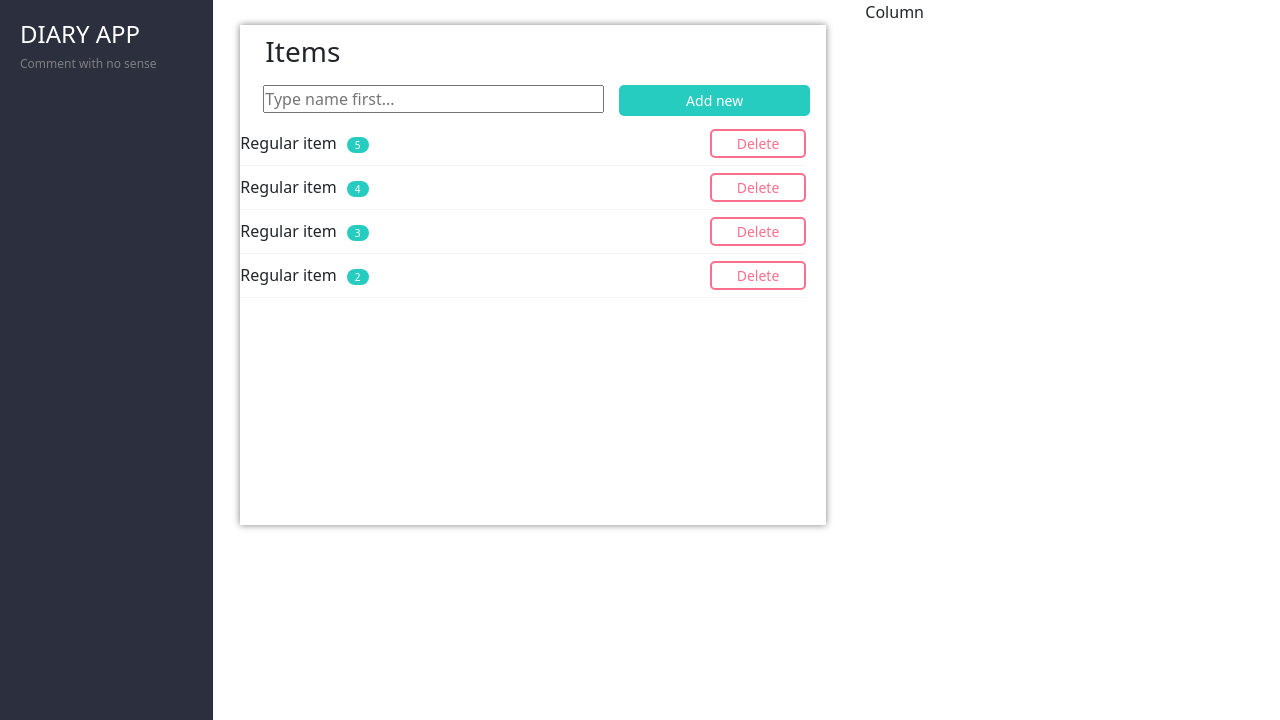
Repository: tsydikov/diary
Page: /
The author's editor kept a copy of each file at every save. The page is drawn from the files as they stood at one save, then again after the next save.
The browser window is 1280 px wide. The pictures show the whole page.
The project was rebuilt for these pictures with package versions that can differ from the ones it lists, and the page was loaded fresh each time.

Above is the page before, as saved 2021-09-10 21:52:53.

### public/index.html
<!DOCTYPE html>
<html lang="en">
  <head>
    <meta charset="utf-8" />
    <meta name="viewport" content="width=device-width, initial-scale=1" />
    <link href="https://cdn.jsdelivr.net/npm/bootstrap@5.1.1/dist/css/bootstrap.min.css" rel="stylesheet" integrity="sha384-F3w7mX95PdgyTmZZMECAngseQB83DfGTowi0iMjiWaeVhAn4FJkqJByhZMI3AhiU" crossorigin="anonymous">
    <title>Diary App</title>
  </head>
  <body>
    <noscript>You need to enable JavaScript to run this app.</noscript>
    <div id="root"></div>
  </body>
</html>

### src/App.js
import React, { useState } from "react";
import Navbar from "./UI/Navbar/Navbar";
import './styles/App.css'
import Items from "./components/Items";
import ItemForm from "./components/ItemForm";

function App() {
  const [items, setItems] = useState([
    { id: 1, title: 'Regular item', comments: [1, 2, 3, 4, 5] },
    { id: 2, title: 'Regular item', comments: [1, 2, 3, 4] },
    { id: 3, title: 'Regular item', comments: [1, 2, 3] },
    { id: 4, title: 'Regular item', comments: [1, 2] },
  ])
  const createItem = (newItem) => {
    setItems([...items, newItem])
  }


  return (
    <div className="container-fluid" >
      <div className="row " >
        <div className="col-2 px-0" >
          <Navbar />
        </div>
        <div className="col-6">
          <div className="items_cotainer">
            <ItemForm create={createItem} />
            <Items items={items} />
          </div>
        </div>
        <div className="col-4">
          Column
    </div>
      </div>
    </div>
  );
}

export default App;

### src/UI/Navbar/Navbar.jsx
import React from 'react';
import cl from './Navbar.module.css'
// style={{background:'red'}}
const Navbar = () => {
    return (
        <div className={cl.container} >
            <h1>diary app</h1>
            <h3>Comment with no sense</h3>
        </div>
    );
};

export default Navbar;

### src/styles/App.css
* {
    margin: 0;
    padding: 0;
    box-sizing: border-box;
}

#root {
    display: flex;
    flex-direction: column;
    align-items: center;
}

.item_cotainer {
    display: flex;
    justify-content: space-between;
    align-items: center;
    padding: 5px 0;
}

.item_cotainer span {
    font-size: 10px;
    color: white;
    background-color: #27ccc0;
    border-radius: 20px;
    margin: 0 10px;
    padding: 1px 8px;
}

hr {
    margin: 2px 0;
    background: lightgray;
    /* background: tomato; */
}

.items_cotainer {
    /* border: 5px ridge grey; */
    box-shadow: 0 0 7px grey;
    margin: 15px;
    margin-top: 25px;
    min-height: 500px;
    padding-right: 20px;
}

.h3 {
    padding-top: 10px;
    padding-left: 25px;
    font-weight: 200;
}

.input {
    width: 95%;
    margin-left: 15px;
}

### src/components/Items.jsx
import React from 'react';
import Item from './Item';

const Items = ({items}) => {

    return (
        <div>
            {items.map(item =>
                <div>
                    <Item item={item} key={item.id} />
                    <hr />
                </div>
            )}
        </div>
    );
};

export default Items;

### src/components/ItemForm.jsx
import React, { useState } from 'react';
import Button from '../UI/Buttons/Button';

const ItemForm = ({create}) => {
    const [title, setTitle] = useState('')

    const addNewItem = (e) => {
        e.preventDefault()
        const newItem = {
          id: Date.now(),
          title,
          comments: []
        }
        create(newItem)
        setTitle('')
      }

    return (
        <div className="container-fluid px-0" >
            <h3 className="h3">Items</h3>
            <div className="row p-2">
              <div className="col-8 ">
                <input
                  value={title}
                  onChange={e => setTitle(e.target.value)}
                  className="input"
                  type="text"
                  placeholder="Type name first..."
                />
              </div>
              <div className="col-4 p-0">
                <Button onClick={addNewItem} >Add new</Button>
              </div>
            </div>
          </div>
    );
};

export default ItemForm;

### src/UI/Navbar/Navbar.module.css
.container {
    background: #2b2f3e;
    height: 100vh;
    padding: 20px;
    /* width: initial; */
}

.container h1 {
    text-transform: uppercase;
    color:white;
    font-size: 24px;
    font-weight:200;
}

.container h3 {
    color:grey;
    font-size: 12px;
    font-weight:200;
}

### src/components/Item.jsx
import React from 'react';
import ButtonDelete from '../UI/Buttons/ButtonDelete';

const Item = (props) => {
    return (
        <div className="item_cotainer">
              <div>
                {props.item.title}<span>{props.item.comments.length}</span>
              </div>
              <ButtonDelete>
                Delete
                </ButtonDelete>
            </div>
    );
};

export default Item;

### src/UI/Buttons/Button.jsx
import React from 'react'
import cl from "./Button.module.css";

const Button = ({ children, ...props }) => {
    return (
        <button {...props} className={cl.Btn}>
            {children}
        </button>
    )
}

export default Button;

### src/UI/Buttons/ButtonDelete.jsx
import React from 'react'
import cl from "./Button.module.css";

const ButtonDelete = ({ children, ...props }) => {
    return (
        <button {...props} className={cl.BtnDel}>
            {children}
        </button>
    )
}

export default ButtonDelete;

### src/UI/Buttons/Button.module.css
.Btn {
    padding: 5px 10px;
    color: white;
    font-size: 14px;
    border: none;
    cursor: pointer;
    background-color: #27ccc0;
    border-radius: 5px;
    display:flex;
    align-items:stretch;
    justify-content: center;
    text-align: center;
    width: 100%;
}
.BtnDel {
    padding: 2px 25px;
    color: #fb718d;
    font-size: 14px;
    border: 2px solid #fb718d;
    cursor: pointer;
    background-color: white;
    border-radius: 5px;
    display:flex;
    align-items:stretch;
    text-align: center;
}

Loaded but not shown: src/index.js (common file)

After the next save:
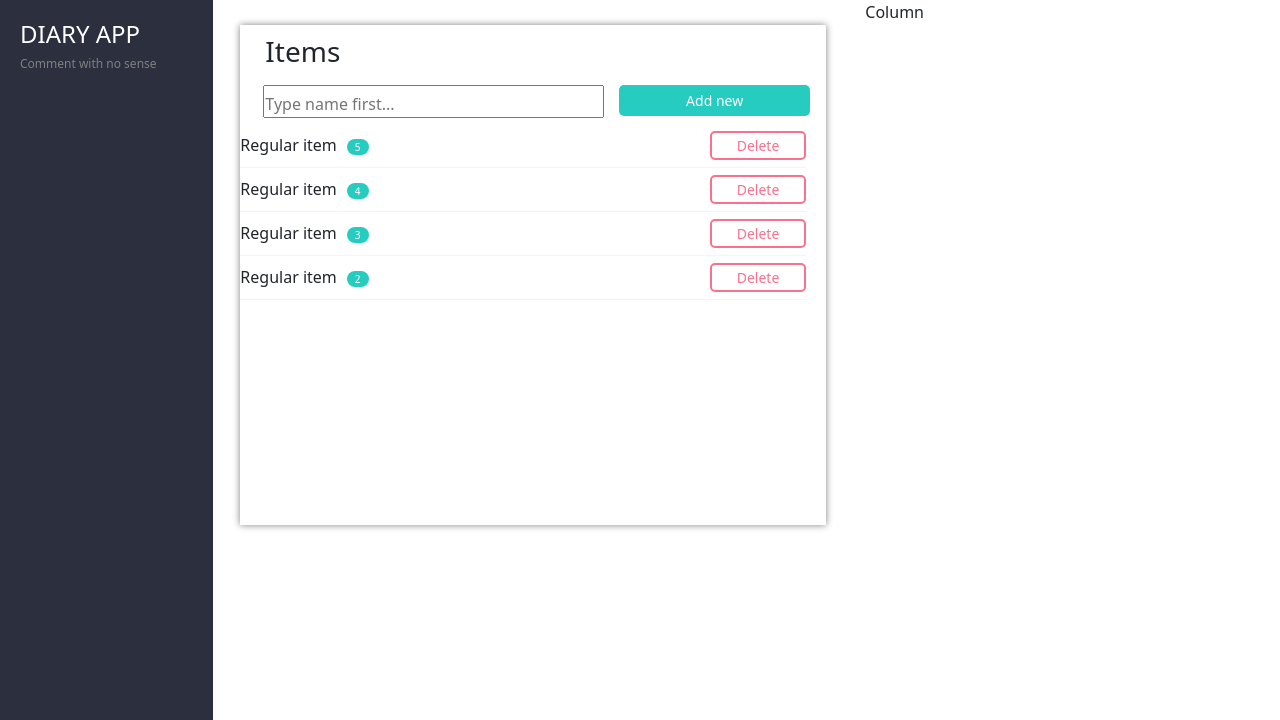
Saved 11 s later.
--- a/src/styles/App.css
+++ b/src/styles/App.css
@@ -50,4 +50,5 @@ hr {
 .input {
     width: 95%;
     margin-left: 15px;
+    padding-top: 5px;
 }
